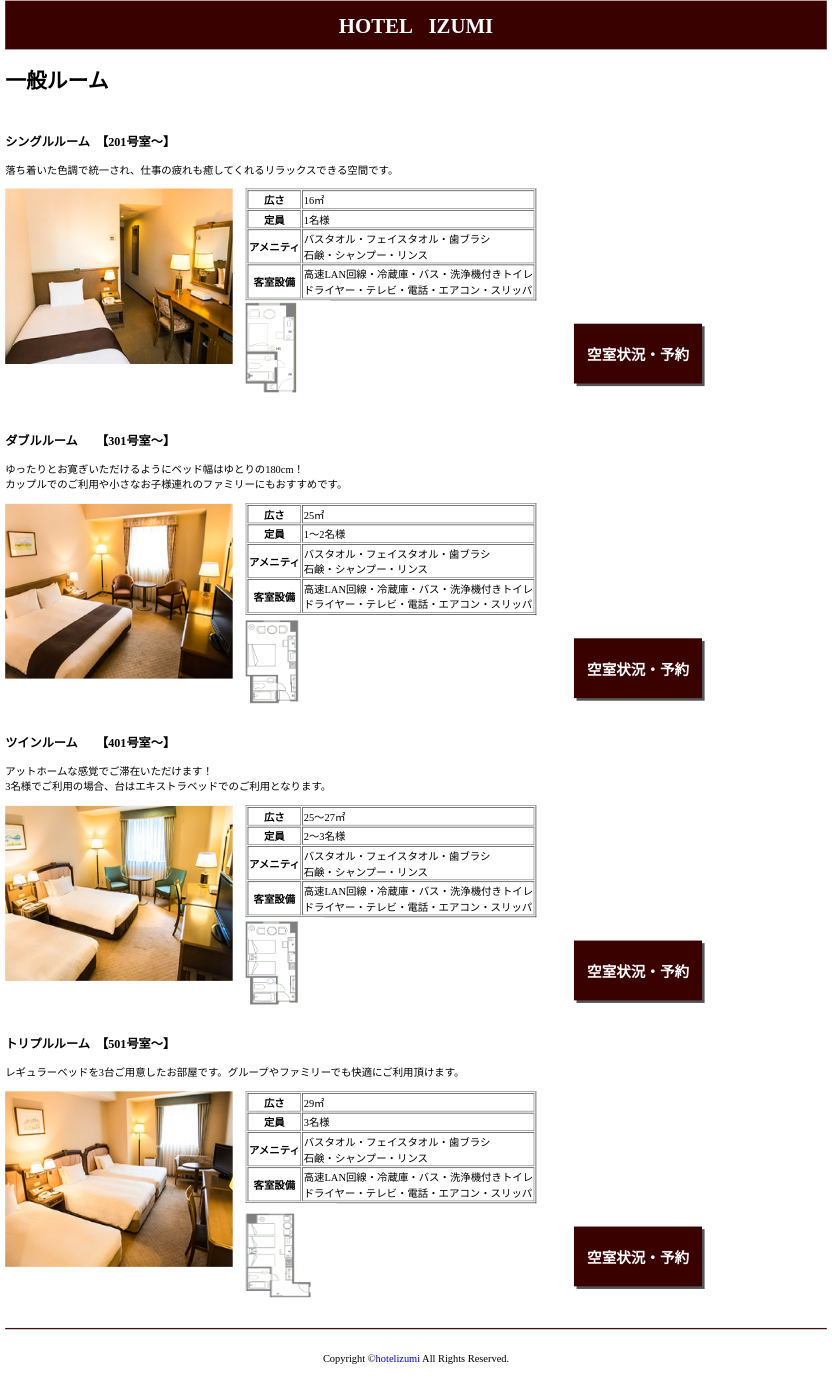
Repository: sep-dev/hotel_site
Page: http://localhost/HOTEL_IZUMI/general
The author's editor kept a copy of each file at every save. The page is drawn from the files as they stood at one save, then again after the next save.
The browser window is 1280 px wide. The pictures show the whole page, at 65% of full size.
The page is served by Tomcat 9.

Above is the page before, as saved 2016-05-25 06:16:31.

After the next save:
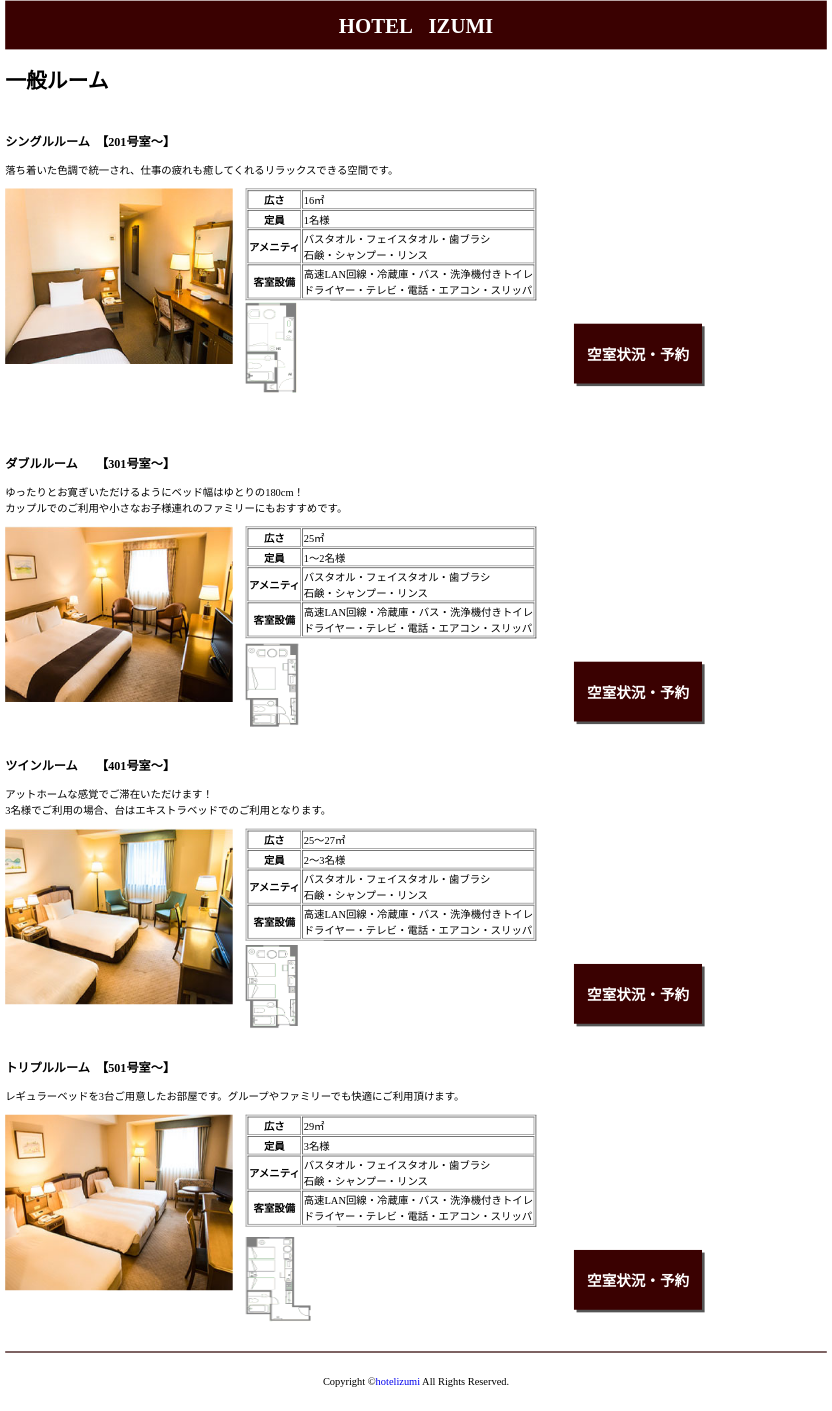
Saved 8 s later.
--- a/HOTEL_IZUMI/src/main/webapp/WEB-INF/views/general.jsp
+++ b/HOTEL_IZUMI/src/main/webapp/WEB-INF/views/general.jsp
@@ -53,7 +53,7 @@
 
       <button class="button2" type="submit" style="position: absolute; right: 200px;">空室状況・予約</button>
       <br clear="all">
-      <br><br>
+      <br><br><br><br>
 
       <h3>ダブルルーム　　【301号室～】</h3>
       ゆったりとお寛ぎいただけるようにベッド幅はゆとりの180cm！<br>カップルでのご利用や小さなお子様連れのファミリーにもおすすめです。<br><br>
